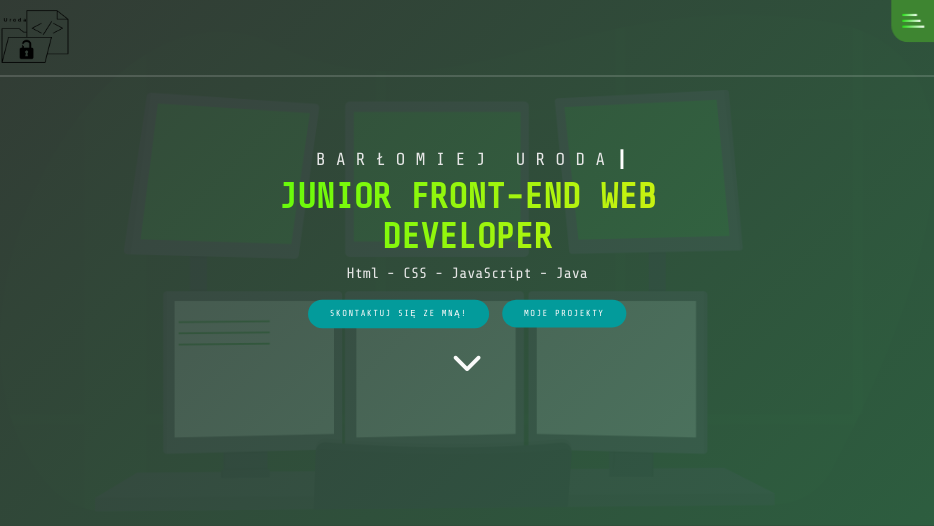
Repository: BartekUroda/portfolio
Page: index.html
An editor plug-in stored every save of this project. The page is shown before and after the next save, followed by the edit.
The browser window is 1280 px wide. The pictures show the whole page, at 73% of full size.
Some web libraries are served in a nearby version.

Above is the page before, as saved 2020-10-27 01:00:41.

After the next save:
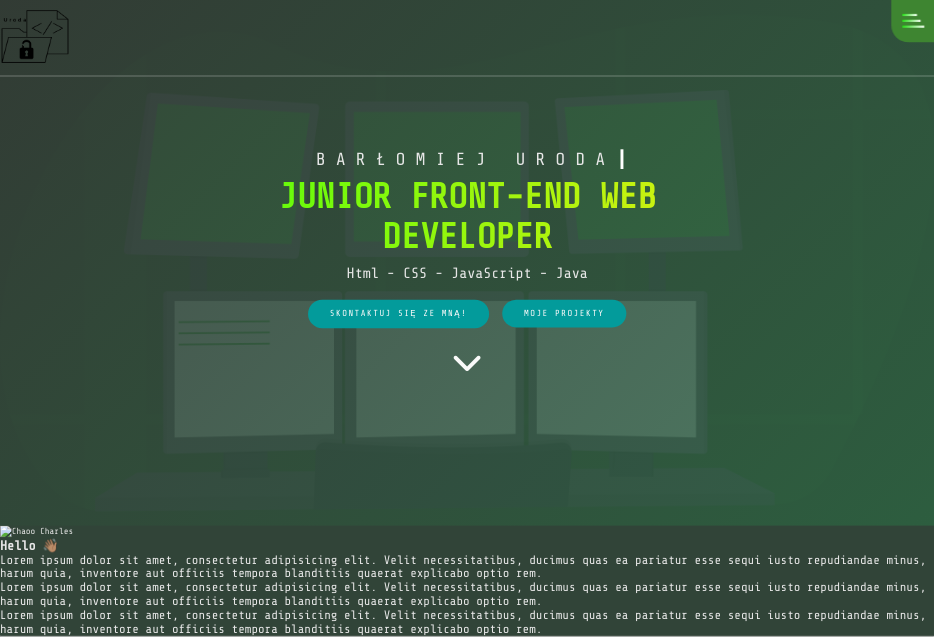
Not found: images/profile-pic.jpg
Saved 18 h 23 min later.
--- a/index.html
+++ b/index.html
@@ -84,6 +84,39 @@
           </div>
         </div>
       </section>
+      <section id="about" class="about">
+        <div class="container">
+          <div class="about-img">
+            <img
+              src="images/profile-pic.jpg"
+              alt="Chaoo Charles"
+              class="about-pic"
+            />
+          </div>
+          <div class="about-text-box">
+            <h2>Hello 👋🏽</h2>
+            <p>
+              Lorem ipsum dolor sit amet, consectetur adipisicing elit. Velit
+              necessitatibus, ducimus quas ea pariatur esse sequi iusto
+              repudiandae minus, harum quia, inventore aut officiis tempora
+              blanditiis quaerat explicabo optio rem.
+            </p>
+            <p>
+              Lorem ipsum dolor sit amet, consectetur adipisicing elit. Velit
+              necessitatibus, ducimus quas ea pariatur esse sequi iusto
+              repudiandae minus, harum quia, inventore aut officiis tempora
+              blanditiis quaerat explicabo optio rem.
+            </p>
+            <p>
+              Lorem ipsum dolor sit amet, consectetur adipisicing elit. Velit
+              necessitatibus, ducimus quas ea pariatur esse sequi iusto
+              repudiandae minus, harum quia, inventore aut officiis tempora
+              blanditiis quaerat explicabo optio rem.
+            </p>
+          </div>
+        </div>
+        <hr />
+      </section>
     </main>
  <script type="text/javascript" src="js/main.js"></script>
 </body>

After the save that followed:
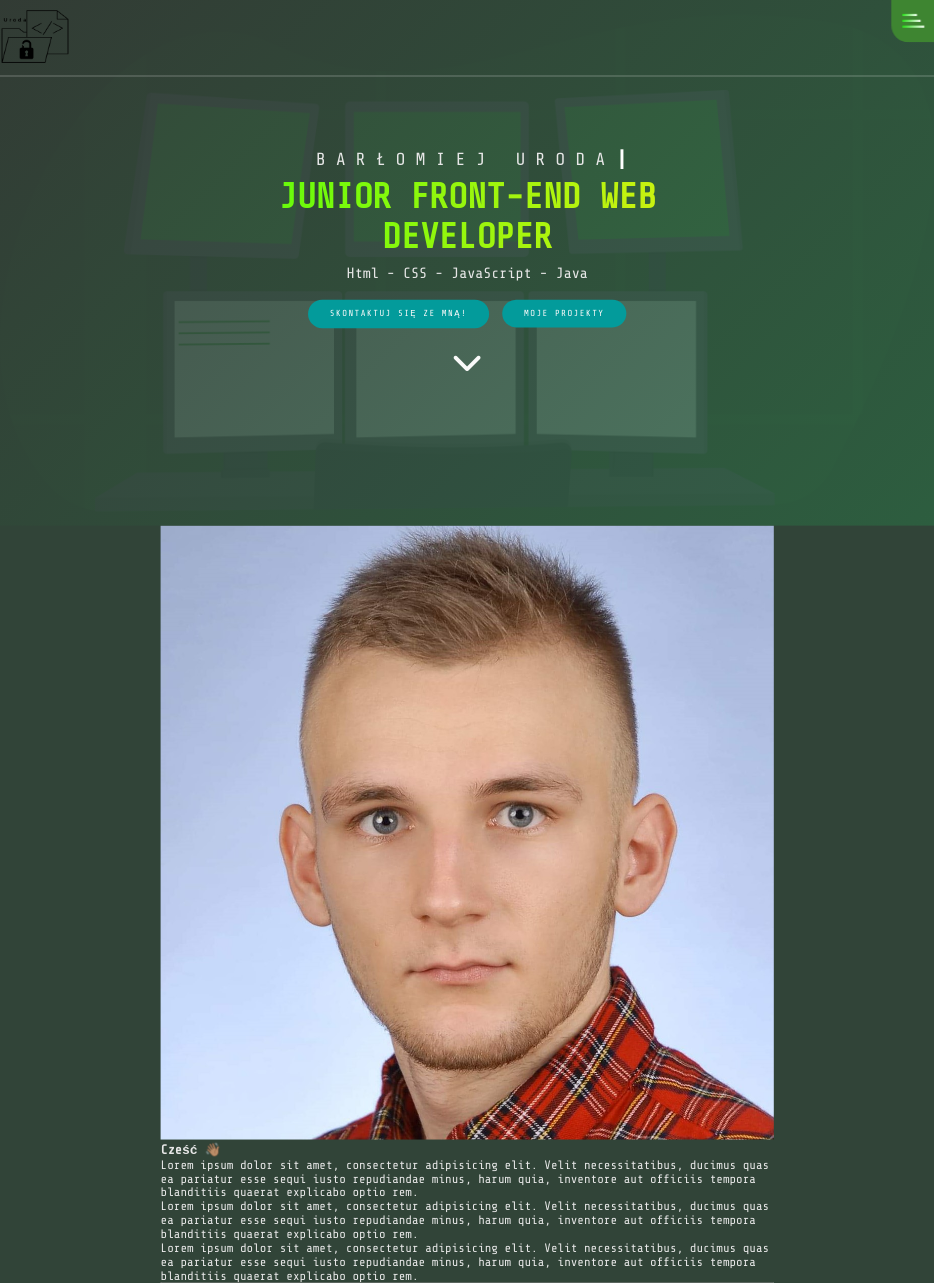
Saved 13 min 57 s later.
--- a/index.html
+++ b/index.html
@@ -88,13 +88,13 @@
         <div class="container">
           <div class="about-img">
             <img
-              src="images/profile-pic.jpg"
-              alt="Chaoo Charles"
+              src="images/profile.jpeg"
+              alt="Bartek Uroda"
               class="about-pic"
             />
           </div>
           <div class="about-text-box">
-            <h2>Hello 👋🏽</h2>
+            <h2>Cześć 👋🏽</h2>
             <p>
               Lorem ipsum dolor sit amet, consectetur adipisicing elit. Velit
               necessitatibus, ducimus quas ea pariatur esse sequi iusto
@@ -115,7 +115,7 @@
             </p>
           </div>
         </div>
-        <hr />
+        <hr/>
       </section>
     </main>
  <script type="text/javascript" src="js/main.js"></script>
--- a/css/style.css
+++ b/css/style.css
@@ -263,3 +263,10 @@ nav {
 .scroll-down i:hover {
     color: rgb(176, 189, 0);
 }
+/* ----------ABOUT--------- */
+.about {
+    width: 100%;
+    min-height: 100vh;
+    max-width: 70rem;
+    margin: auto;
+}
